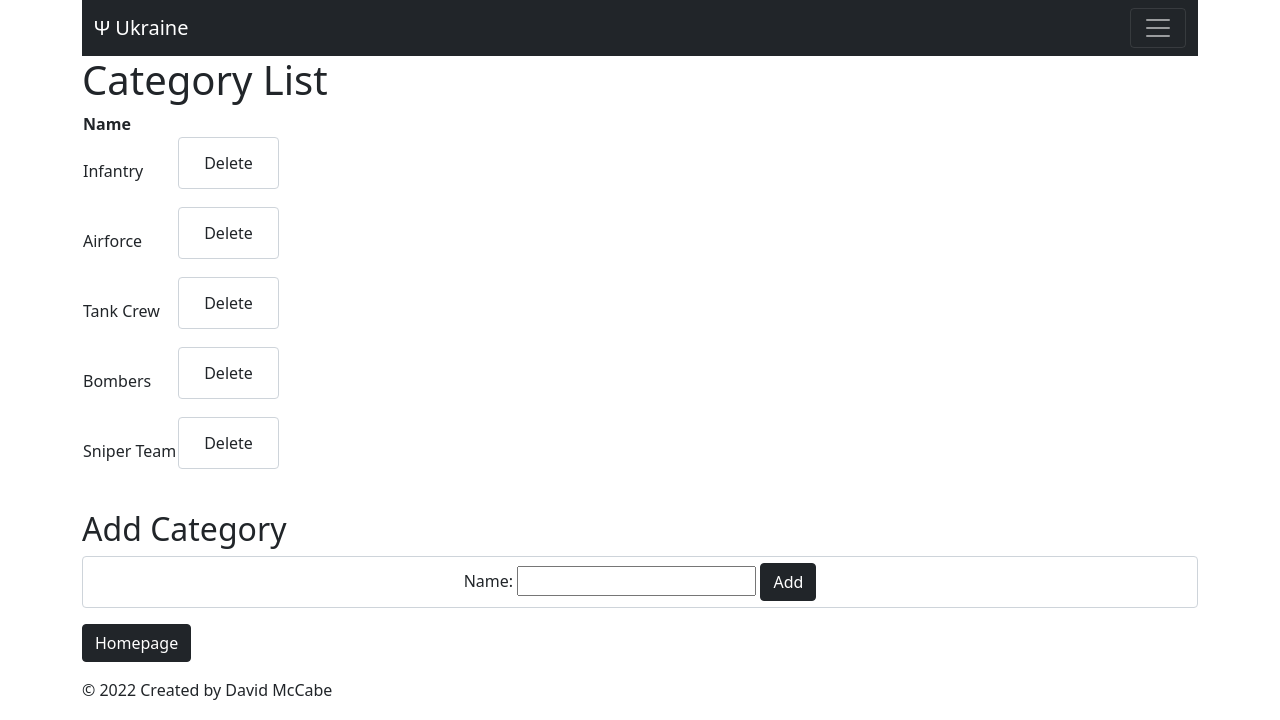
Repository: davidDKIT/ca2-davidmccabe-php
Page: http://localhost/category_list.php
These files come from the project's save history. The page is drawn as it stood at one moment and after the next save; the edit follows.
The browser window is 1280 px wide. The pictures show the whole page.
The page is run by PHP 8.4 with error messages shown; the project is at /var/www/html/. The database holds what the project's SQL file puts in it.

Above is the page before, as saved 2022-03-15 22:54:20.

After the next save:
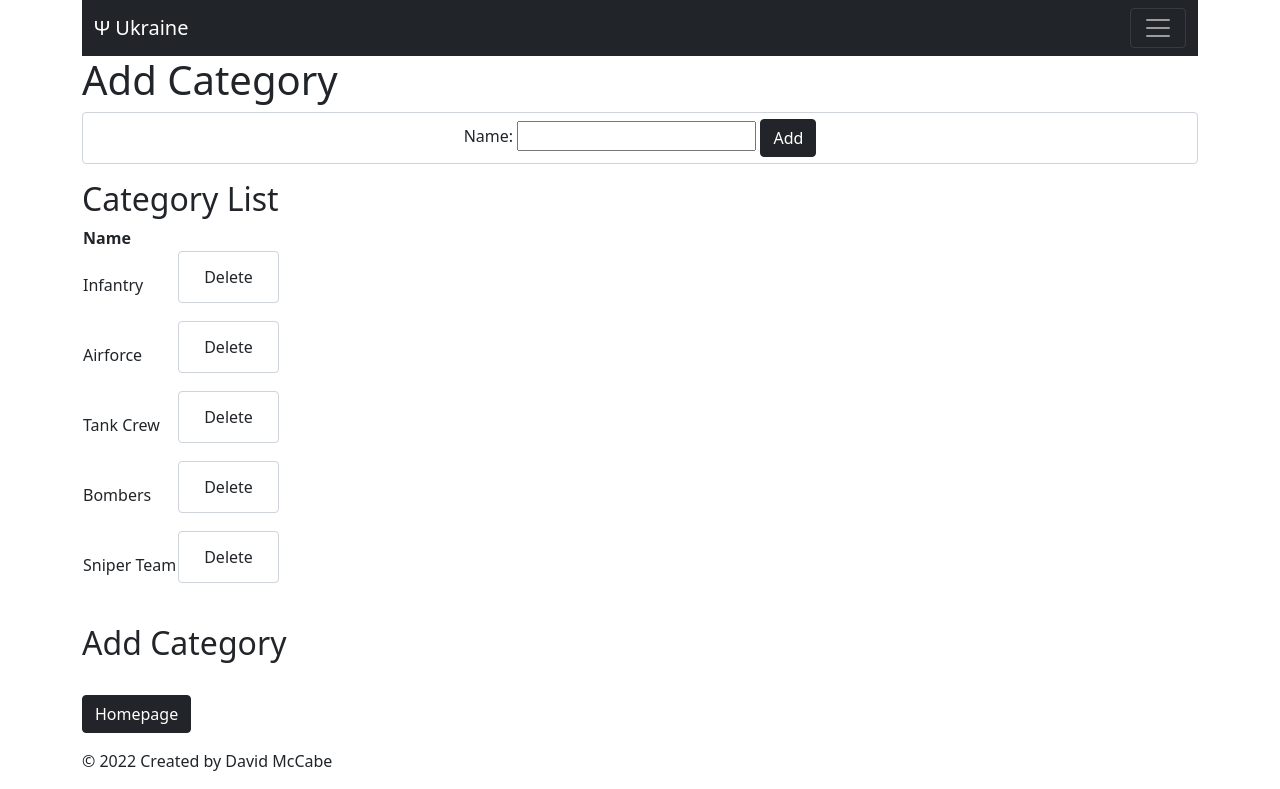
Saved 14 h 56 min later.
--- a/category_list.php
+++ b/category_list.php
@@ -14,7 +14,16 @@
 <?php
 include('includes/header.php');
 ?>
-    <h1>Category List</h1>
+
+    <h1>Add Category</h1>
+    <form class="form-control" style = "text-align: center; display: inline-block" action="add_category.php" method="post"
+          id="add_category_form">
+
+        <label>Name:</label>
+        <input type="input" name="name">
+        <input class="btn btn-dark" id="add_category_button" type="submit" value="Add">
+    </form>
+    <h2>Category List</h2>
     <table>
         <tr>
             <th>Name</th>
@@ -37,13 +46,7 @@ include('includes/header.php');
     <br>
 
     <h2>Add Category</h2>
-    <form class="form-control" style = "text-align: center; display: inline-block" action="add_category.php" method="post"
-          id="add_category_form">
 
-        <label>Name:</label>
-        <input type="input" name="name">
-        <input class="btn btn-dark" id="add_category_button" type="submit" value="Add">
-    </form>
     <br>
     <p><a class="btn btn-dark" style = "text-align: center; display: inline-block"  href="index.php">Homepage</a></p>
 
